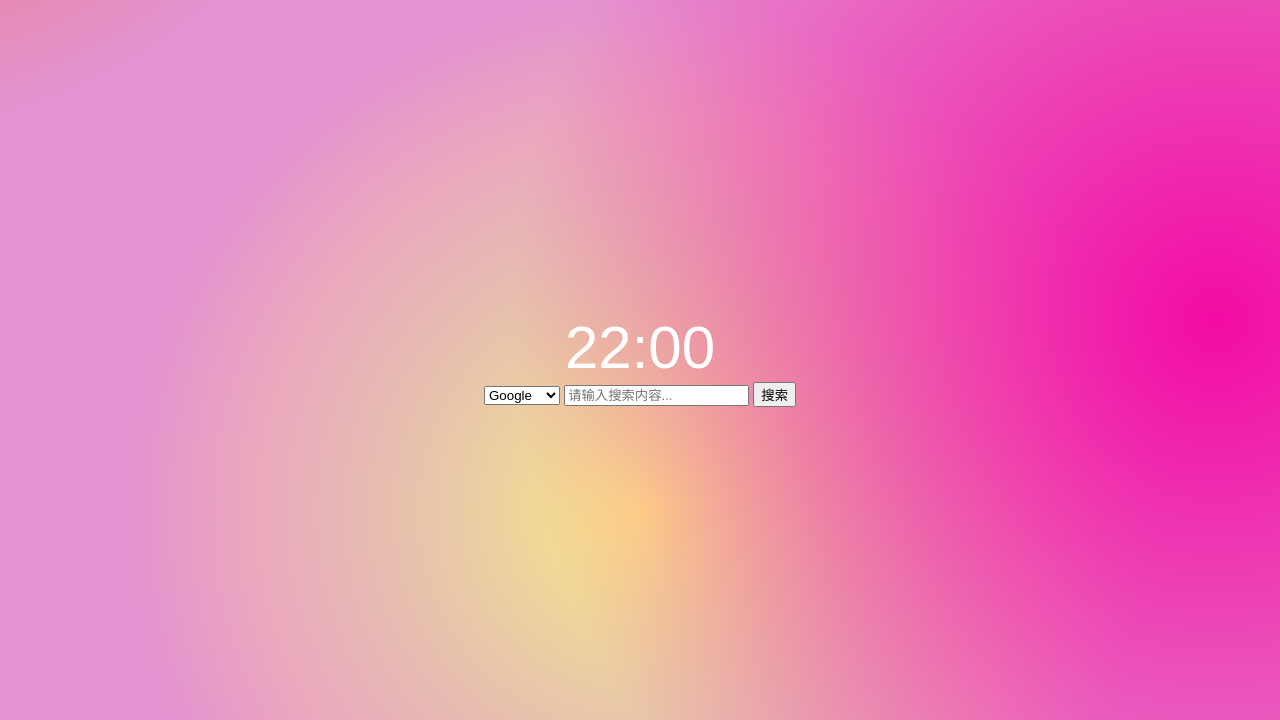
Repository: RADEKWRLD/NaviR
Page: index.html
The author's editor kept a copy of each file at every save. The page is drawn from the files as they stood at one save, then again after the next save.
The browser window is 1280 px wide. The pictures show the whole page.

Above is the page before, as saved 2025-05-23 22:15:41.

### index.html
<!DOCTYPE html>
<html lang="en">
<head>
    <meta charset="UTF-8">
    <meta name="viewport" content="width=device-width, initial-scale=1.0">
    <title>Document</title>
    <link rel="stylesheet" href="style.css">
</head>
<body>
    <div id="main">
        <div id="clock"><span>00:00</span></div>

        <div class="search-container">
            <form id="search-form">
                <select id="search-engine" class="search-engine">
                </select>
                <input type="text" id="search-input" placeholder="请输入搜索内容...">
                <button type="submit">搜索</button>
            </form>
        </div>
    </div>




    <script src="main/script.js"></script>
</body>
</html>

### style.css

:root {
    font-size: 15px;
}

body {
    font-family: 'Quicksand', sans-serif;
    margin: 0;
    min-height: 100vh;
    background-color: #e493d0;
    background-image:
        radial-gradient(closest-side, rgba(235, 105, 78, 1), rgba(235, 105, 78, 0)),
        radial-gradient(closest-side, rgba(243, 11, 164, 1), rgba(243, 11, 164, 0)),
        radial-gradient(closest-side, rgba(254, 234, 131, 1), rgba(254, 234, 131, 0)),
        radial-gradient(closest-side, rgba(170, 142, 245, 1), rgba(170, 142, 245, 0)),
        radial-gradient(closest-side, rgba(248, 192, 147, 1), rgba(248, 192, 147, 0));
    background-size:
        130vmax 130vmax,
        80vmax 80vmax,
        90vmax 90vmax,
        110vmax 110vmax,
        90vmax 90vmax;
    background-position:
        -80vmax -80vmax,
        60vmax -30vmax,
        10vmax 10vmax,
        -30vmax -10vmax,
        50vmax 50vmax;
    background-repeat: no-repeat;
    animation: 10s movement linear infinite;
}

@keyframes movement {
    0%, 100% {
        background-size:
            130vmax 130vmax,
            80vmax 80vmax,
            90vmax 90vmax,
            110vmax 110vmax,
            90vmax 90vmax;
        background-position:
            -80vmax -80vmax,
            60vmax -30vmax,
            10vmax 10vmax,
            -30vmax -10vmax,
            50vmax 50vmax;
    }
    25% {
        background-size:
            100vmax 100vmax,
            90vmax 90vmax,
            100vmax 100vmax,
            90vmax 90vmax,
            60vmax 60vmax;
        background-position:
            -60vmax -90vmax,
            50vmax -40vmax,
            0vmax -20vmax,
            -40vmax -20vmax,
            40vmax 60vmax;
    }
    50% {
        background-size:
            80vmax 80vmax,
            110vmax 110vmax,
            80vmax 80vmax,
            60vmax 60vmax,
            80vmax 80vmax;
        background-position:
            -50vmax -70vmax,
            40vmax -30vmax,
            10vmax 0vmax,
            20vmax 10vmax,
            30vmax 70vmax;
    }
    75% {
        background-size:
            90vmax 90vmax,
            90vmax 90vmax,
            100vmax 100vmax,
            90vmax 90vmax,
            70vmax 70vmax;
        background-position:
            -50vmax -40vmax,
            50vmax -30vmax,
            20vmax 0vmax,
            -10vmax 10vmax,
            40vmax 60vmax;
    }
}

#main{
    transition: all 0.3s ease;
    display: flex;
    flex-direction: column;
    align-items: center;
    justify-content: center;
    height: 100vh;
}

#clock{
    font-size: 4rem;
    color: #fff;
}

### main/script.js
//更新时间
function updateTime() {
    const now = new Date();
    const hours = String(now.getHours()).padStart(2, '0');
    const minutes = String(now.getMinutes()).padStart(2, '0');
    const timeString = `${hours}:${minutes}`;
    document.getElementById('clock').textContent = timeString;
}

// 搜索引擎配置
const searchEngines = {
    google: {
        name: 'Google',
        url: 'https://www.google.com/search?q='
    },
    bing: {
        name: 'Bing',
        url: 'https://www.bing.com/search?q='
    },
    baidu: {
        name: '百度',
        url: 'https://www.baidu.com/s?wd='
    },
    bingcn: {
        name: '必应中国',
        url: 'https://cn.bing.com/search?q='
    },
    github: {
        name: 'GitHub',
        url: 'https://github.com/search?q='
    },
    zhihu: {
        name: '知乎',
        url: 'https://www.zhihu.com/search?q='
    }
};

// 初始化搜索功能
function initSearch() {
    const searchForm = document.getElementById('search-form');
    const searchInput = document.getElementById('search-input');
    const searchEngine = document.getElementById('search-engine');

    // 动态添加搜索引擎选项
    for (const [key, engine] of Object.entries(searchEngines)) {
        const option = document.createElement('option');
        option.value = key;
        option.textContent = engine.name;
        searchEngine.appendChild(option);
    }

    searchForm.addEventListener('submit', function(e) {
        e.preventDefault();
        const searchTerm = searchInput.value.trim();
        if (searchTerm) {
            const engine = searchEngine.value;
            const searchUrl = searchEngines[engine].url + encodeURIComponent(searchTerm);
            window.location.href = searchUrl;
        }
    });
}





function init() {
    updateTime();
    setInterval(updateTime, 1000);
    // 搜索框事件监听
    initSearch();
}
init();

After the next save:
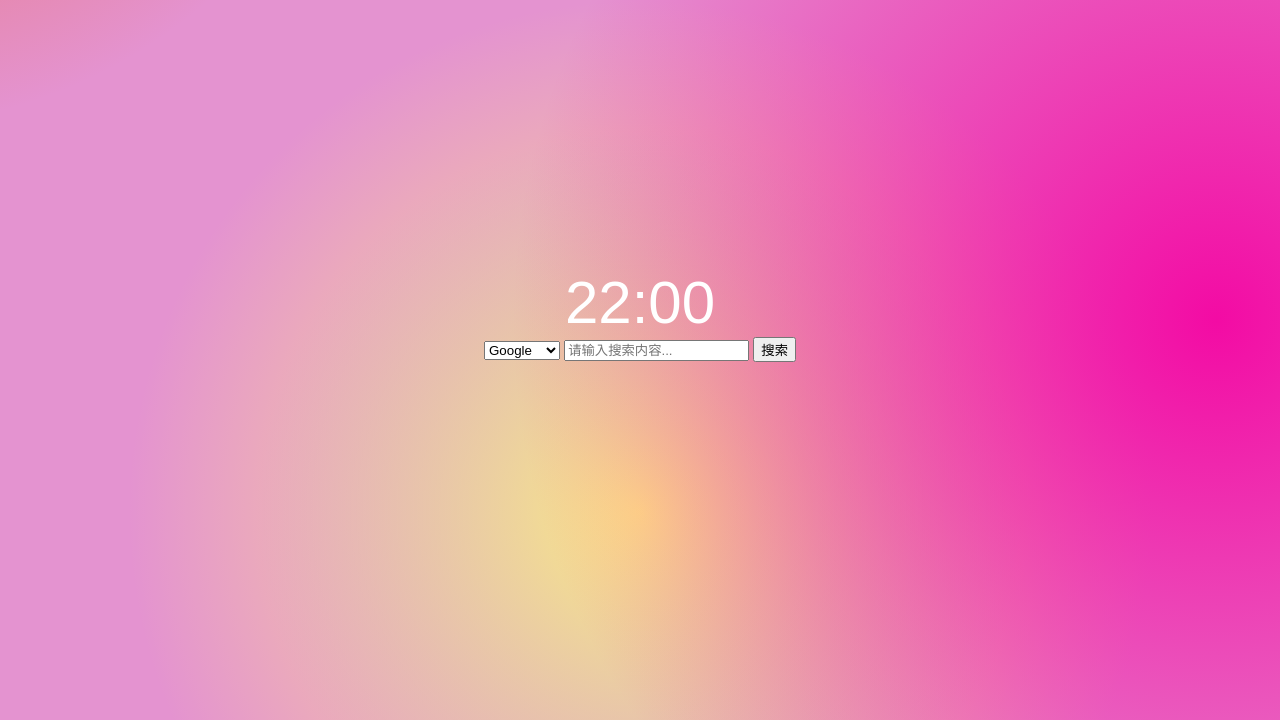
Saved 23 s later.
--- a/style.css
+++ b/style.css
@@ -91,6 +91,7 @@ body {
 
 #main{
     transition: all 0.3s ease;
+    transform: translateY(-3rem);
     display: flex;
     flex-direction: column;
     align-items: center;
